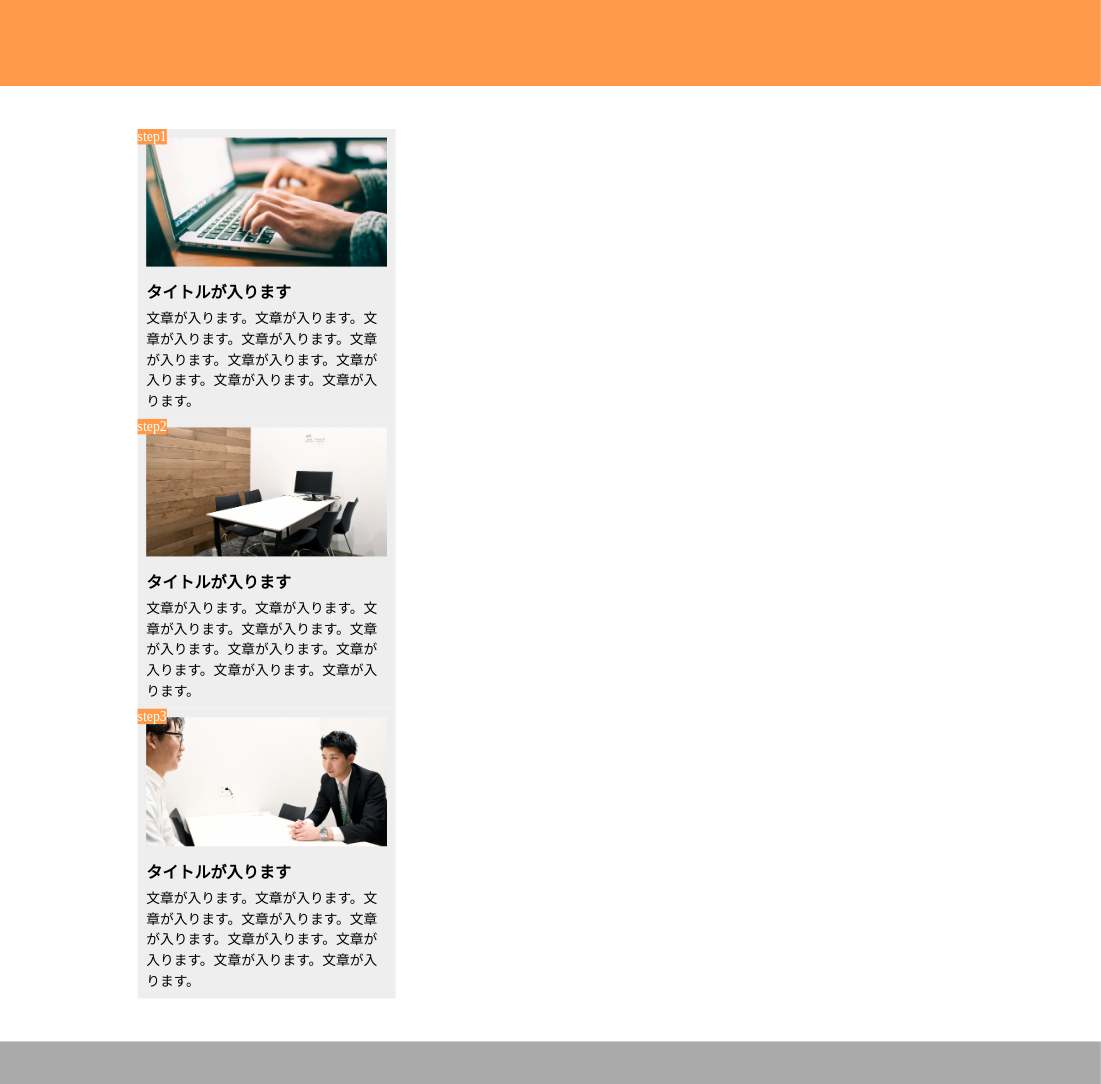
Repository: ryotaago/kadai
Page: kadai/kadai.html
The author's editor kept a record of every edit. The page is drawn from the files as they stood at one moment, then again after the next edit.
The browser window is 1280 px wide. The pictures show the whole page, at 86% of full size.

Above is the page before.

### kadai/kadai.html
<!DOCTYPE html>
<html lang="ja">
  <head>
    <meta charset="UTF-8" />
    <meta name="viewport" content="width=device-width,initial-scale=1.0">
    <title>9章演習</title>
    <link rel="stylesheet" href="kadai.css" />
  </head>
  <body>
    <header></header>
    <main>
      <div class="step-box">
        <div class="step-img1"></div>
        <span class="step-num">step1</span>
        <h3 class="title">タイトルが入ります</h3>
        <p class="text">
          文章が入ります。文章が入ります。文章が入ります。文章が入ります。文章が入ります。文章が入ります。文章が入ります。文章が入ります。文章が入ります。
        </p>
      </div>

      <div class="step-box">
        <div class="step-img2"></div>
        <span class="step-num">step2</span>
        <h3 class="title">タイトルが入ります</h3>
        <p class="text">
          文章が入ります。文章が入ります。文章が入ります。文章が入ります。文章が入ります。文章が入ります。文章が入ります。文章が入ります。文章が入ります。
        </p>
      </div>

      <div class="step-box">
        <div class="step-img3"></div>
        <span class="step-num">step3</span>
        <h3 class="title">タイトルが入ります</h3>
        <p class="text">
          文章が入ります。文章が入ります。文章が入ります。文章が入ります。文章が入ります。文章が入ります。文章が入ります。文章が入ります。文章が入ります。
        </p>
      </div>
    </main>
    <footer></footer>
  </body>
</html>

### kadai/kadai.css
* {
  box-sizing: border-box;
  margin: 0;
  padding: 0;
}

header {
  height: 100px;
  background-color: #ff9a4b;
}

main {
  width: 960px;
  margin: 50px auto;
  display: block;
}

.step-box {
  width: 300px;
  margin-right: 30px;
  padding: 10px;
  position: relative;
  background-color: #eee;
}

.step-box:last-child {
  margin-right: 0;
}

.step-img1 {
  height: 150px;
  background-image: url(img/flow01.png);
  background-position: bottom;
  background-size: cover;
}

.step-img2 {
  height: 150px;
  background-image: url(img/flow02.png);
  background-position: bottom;
  background-size: cover;
}

.step-img3 {
  height: 150px;
  background-image: url(img/flow03.png);
  background-position: bottom;
  background-size: cover;
}

.step-num {
  position: absolute;
  top: 0;
  left: 0;
  background-color: #ff9a4b;
  color: #fff;
}

.title {
  margin: 15px 0 5px;
}

footer {
  height: 50px;
  background-color: #aaa;
}


@media screen and (max-width: 425px) {

{
  box-sizing: border-box;
  margin: 0;
  padding: 0;
}



  header {
    width: 100%;
    height: 50px;
    background-color: #ff9a4b;
  }

  main {
    width: 100%;
    margin: 50px auto;
    display: block;
  }

  .step-box {
    width: 100px;
  margin-top: 20px;
  padding: 10px;
  position: relative;
  background-color: #eee;
  }

  .step-img1 {
    width: 90%;
    height: 150px;
    position: center;
  }

  .step-box {
    width: 100%;
  }

  .step-img2 {
    width: 90%;
  }

  .step-box {
    width: 100%;
  }

  .step-img3 {
    width: 90%;
  }

After the next edit:
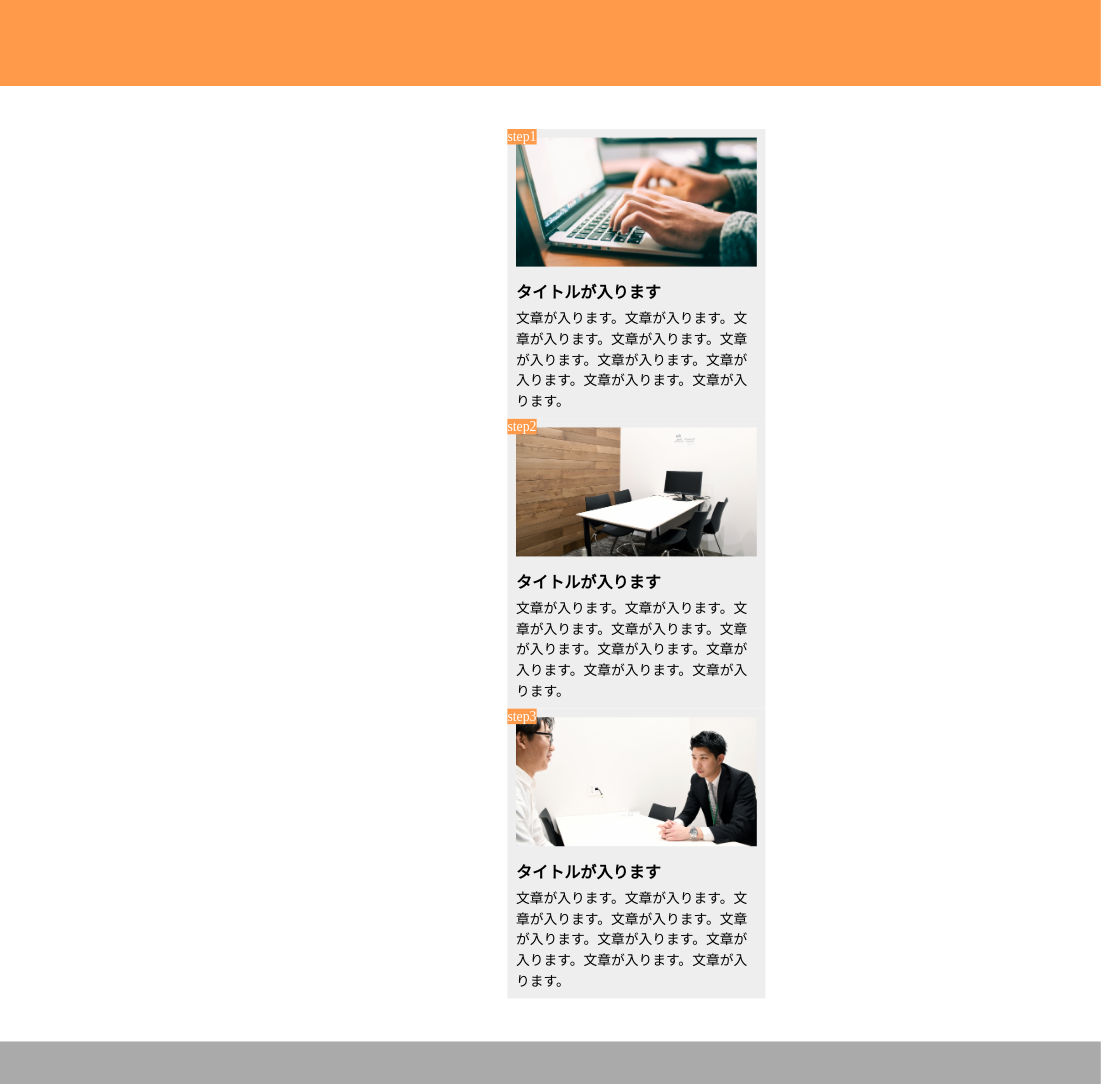
The edit:
--- a/kadai/kadai.css
+++ b/kadai/kadai.css
@@ -10,7 +10,7 @@
 }
 
 main {
-  width: 960px;
+  width: 100px;
   margin: 50px auto;
   display: block;
 }
